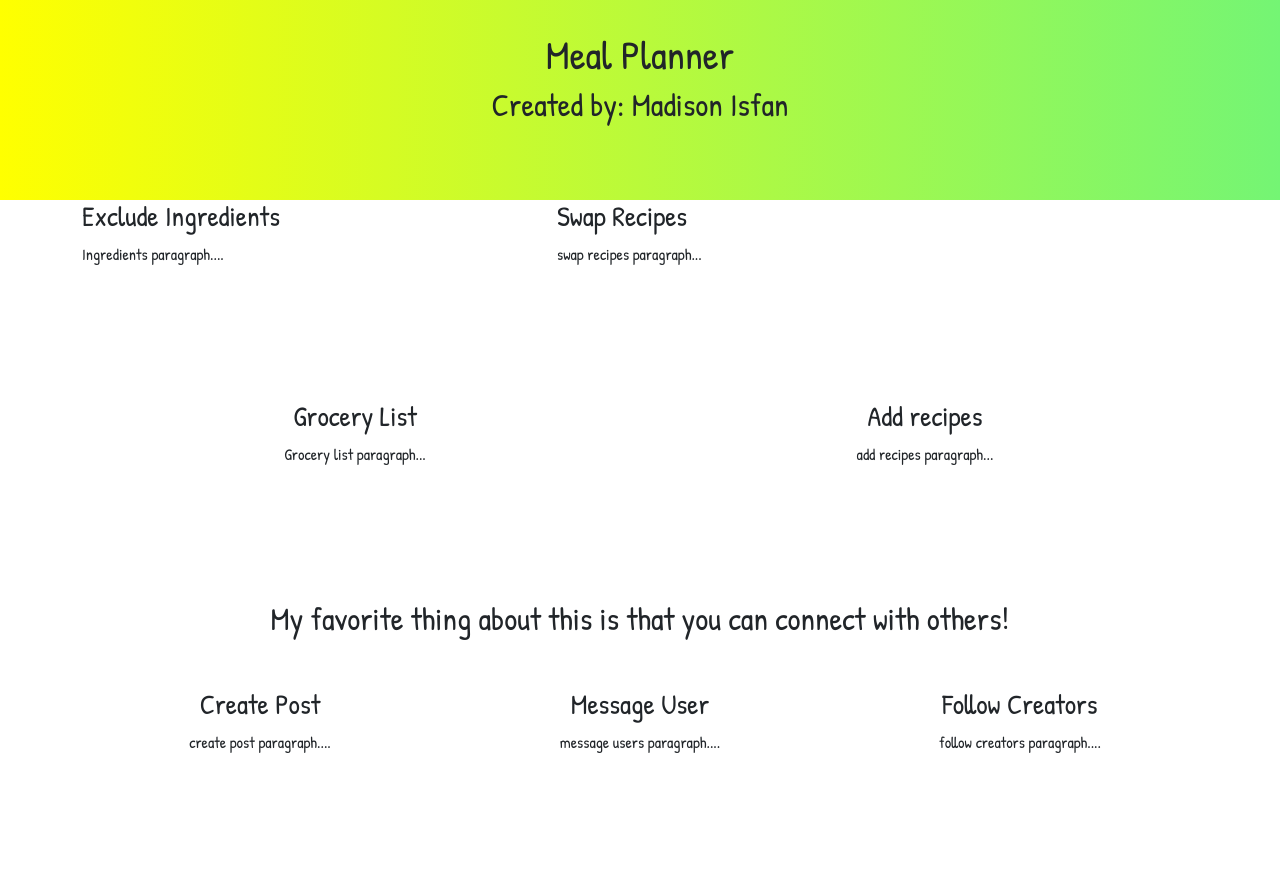
Repository: madisonisfan/Meal-Planner
Page: index.html
These files come from the project's save history. The page is drawn as it stood at one moment and after the next save; the edit follows.
The browser window is 1280 px wide. The pictures show the whole page.
Some web libraries are served in a nearby version.

Above is the page before, as saved 2021-02-17 17:18:38.

After the next save:
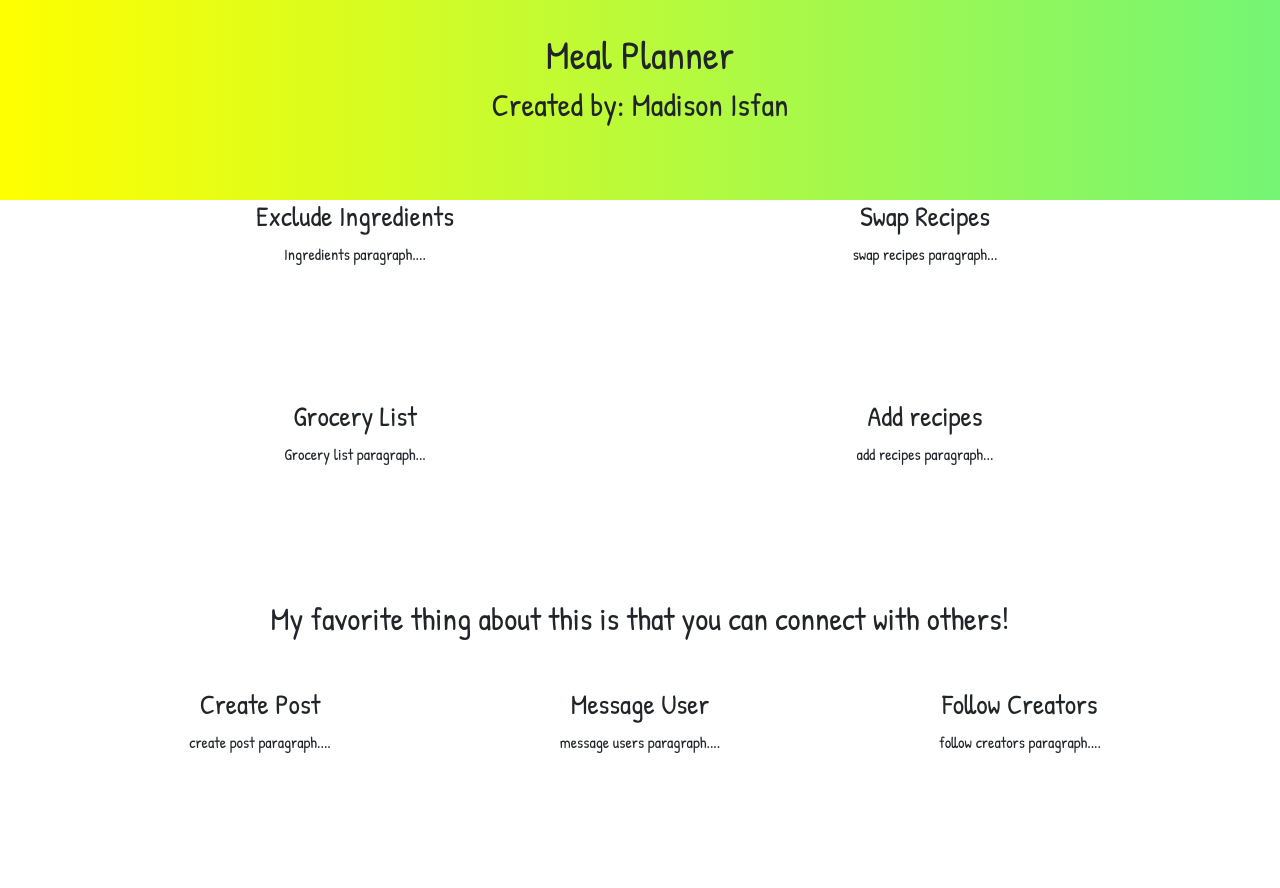
Saved 16 s later.
--- a/index.html
+++ b/index.html
@@ -27,11 +27,11 @@
 
     <div class="container ">
         <div class="row row-content">
-            <div class="col-5">
+            <div class="col text-center">
                 <h3>Exclude Ingredients</h3>
                 <p>Ingredients paragraph....</p>
             </div>
-            <div class="col-5">
+            <div class="col text-center">
                 <h3>Swap Recipes</h3>
                 <p>swap recipes paragraph...</p>
             </div>
